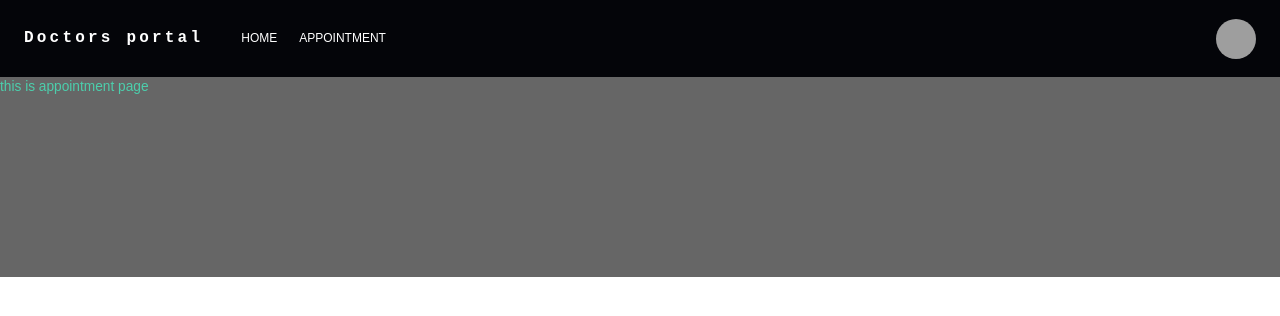
Repository: mdrubel02/health-care
Page: /appointment
The author's editor kept a copy of each file at every save. The page is drawn from the files as they stood at one save, then again after the next save.
The browser window is 1280 px wide. The pictures show the whole page.
Pictures or frames that could not be fetched are drawn as grey boxes. The project was rebuilt for these pictures with package versions that can differ from the ones it lists, and the page was loaded fresh each time. Also part of the build but not shown: src/Pages/Home/Home.js, src/Pages/Header/Header.css.

Above is the page before, as saved 2022-11-14 14:55:30.

After the next save:
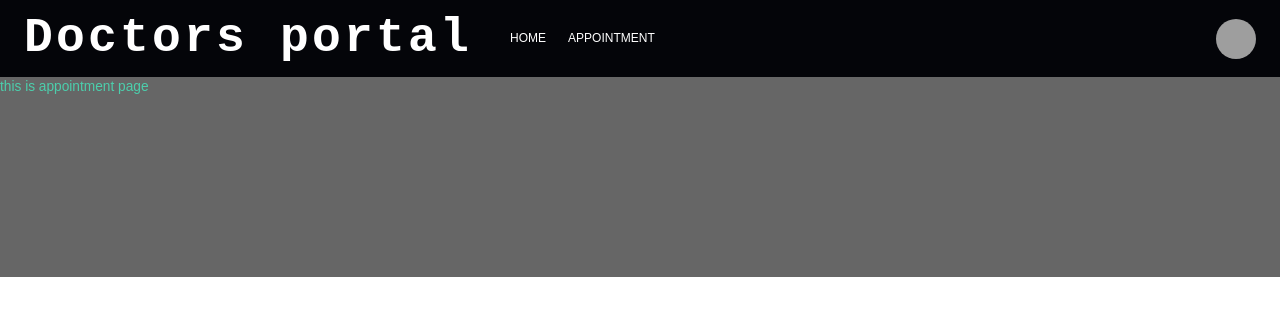
Saved 19 s later.
--- a/src/Theme/Theme.js
+++ b/src/Theme/Theme.js
@@ -223,7 +223,7 @@ export const themeSettings = (mode) => {
             h3: {
                 fontSize: '2rem',
                 '@media (min-width:600px)': {
-                  fontSize: '1rem',
+                  fontSize: '3rem',
                 },
             },
             h4: {
